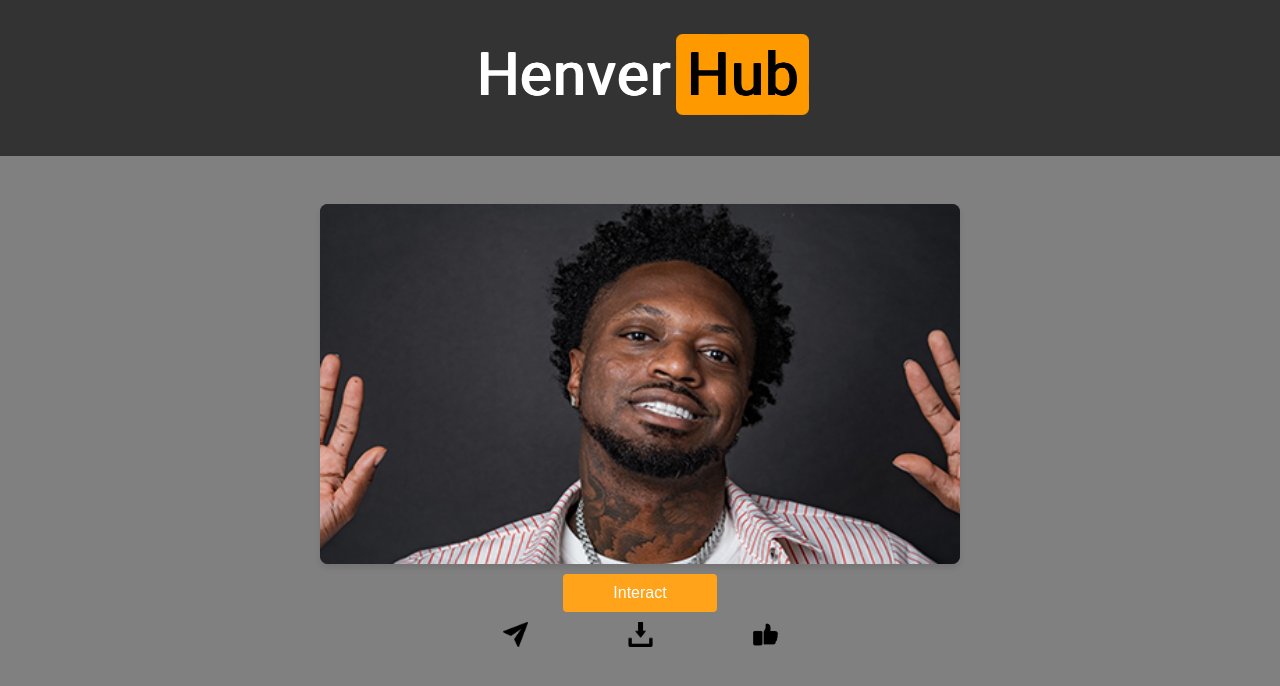
Repository: anderscederberg11/unhandledRuntimeError.json
Page: Henver/henver.html
These files come from the project's save history. The page is drawn as it stood at one moment and after the next save; the edit follows.
The browser window is 1280 px wide. The pictures show the whole page.

Above is the page before, as saved 2024-05-24 13:40:21.

### Henver/henver.html
<!DOCTYPE html>
<html lang="en">
<head>
    <meta charset="UTF-8">
    <meta name="viewport" content="width=device-width, initial-scale=1.0">
    <title>HenverHub</title>
    <link rel="stylesheet" href="henver.css">
</head>
<body>
    <!--  nav bar / header -->
    <nav>
        <h1><img src="/Henver/imgs/Henver-Hub.png" alt="HenverHub Logo"></h1>
    </nav>

    <div id="video-container">
        <div id="video-player" onclick="playVideo()">
            <img id="video-thumbnail" src="/Henver/imgs/funnyMArcoo.jpeg" alt="AYO Marcooo">
        </div>
        <button id="redirect-button" onclick="redirectToAnotherPage()">Interact</button>
        <!-- my icons -->
        <div id="icon-list">
            <img class="icon" src="/Henver/imgs/send.webp" alt="Send">
            <img class="icon" src="/Henver/imgs/download.png" alt="Download">
            <img class="icon" src="/Henver/imgs/like.png" alt="Like">
        </div>
    </div>
        <!-- video player tutorial https://stackoverflow.com/questions/54195631/how-to-make-a-self-contained-video-player -->
    <script>
        function playVideo() {
            var videoUrl = "/Henver/imgs/dog.mp4";
            var videoElement = document.createElement("video");
            videoElement.src = videoUrl;
            videoElement.controls = true;
            videoElement.autoplay = true;
            document.getElementById("video-player").innerHTML = "";
            document.getElementById("video-player").appendChild(videoElement);
        }
        function redirectToAnotherPage() {
            window.location.href = "/Henver/henver2.html";
        }

    </script>
</body>
</html>

### Henver/henver.css
body {
    font-family: Arial, sans-serif;
    background-color: #808080;
    margin: 0;
    padding: 0;
}


nav {
    background-color: #333;
    color: white;
    padding: 10px 20px;
    text-align: center;
}

nav h1 {
    margin: 0;
}


#video-container {
    text-align: center;
    margin-top: 3rem;
}

#video-player {
    width: 640px;
    height: 360px;
    background-color: #333;
    cursor: pointer;
    border-radius: 8px;
    overflow: hidden;
    box-shadow: 0 4px 6px rgba(0, 0, 0, 0.1);
    transition: transform 0.2s;
    margin-bottom: 20px;
    margin: 0 auto;
}

#video-thumbnail{
    width:100%;
    height:100%;
}

#video-player:hover {
    transform: scale(1.05);
}

#video-player video {
    width: 100%;
    height: 100%;
}

#video-player p {
    color: #ffa31a;
    font-size: 24px;
    text-align: center;
    line-height: 360px;
    margin: 0;
}

#redirect-button {
    margin-top:10px;
    padding: 10px 50px;
    background-color: #ffa31a;
    color: white;
    border: none;
    border-radius: 4px;
    cursor: pointer;
    font-size: 16px;
}

#icon-list {
    display: flex;
    justify-content: center;
}

.icon {
    width: 25px;
    height: 25px;
    margin: 10px 50px;
}

After the next save:
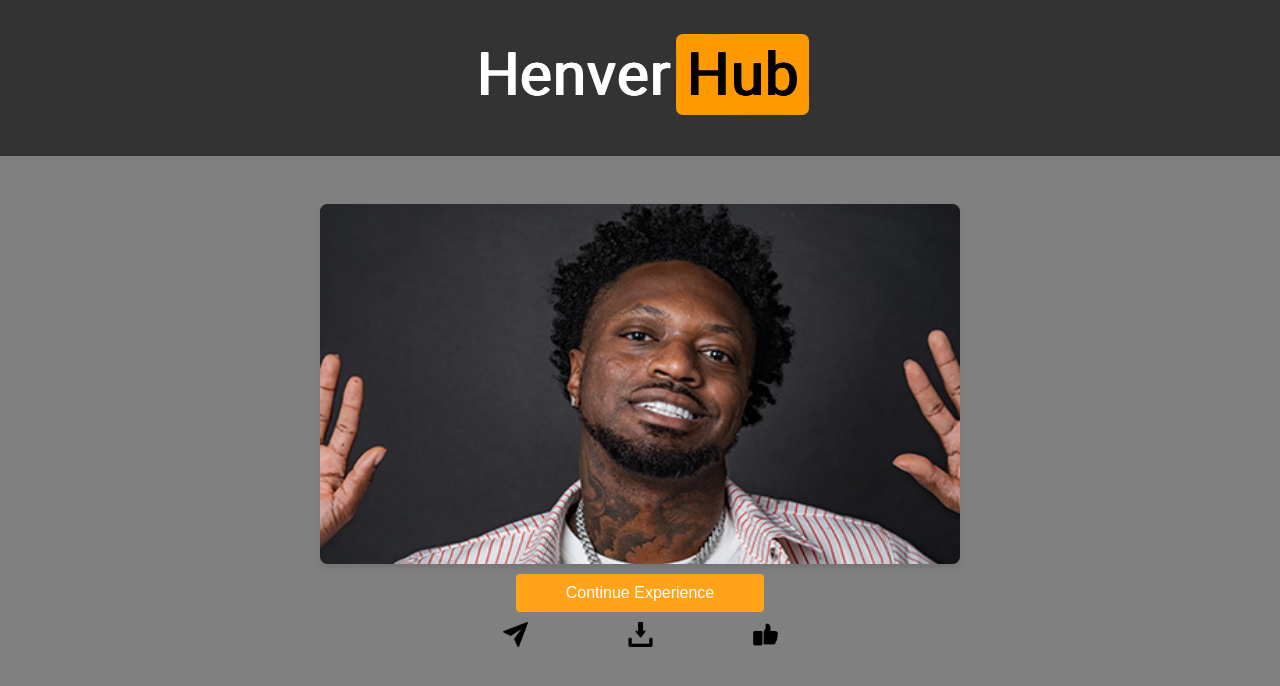
Saved 3 h 43 min later.
--- a/Henver/henver.html
+++ b/Henver/henver.html
@@ -16,7 +16,7 @@
         <div id="video-player" onclick="playVideo()">
             <img id="video-thumbnail" src="/Henver/imgs/funnyMArcoo.jpeg" alt="AYO Marcooo">
         </div>
-        <button id="redirect-button" onclick="redirectToAnotherPage()">Interact</button>
+        <button id="redirect-button" onclick="redirectToAnotherPage()">Continue Experience</button>
         <!-- my icons -->
         <div id="icon-list">
             <img class="icon" src="/Henver/imgs/send.webp" alt="Send">
